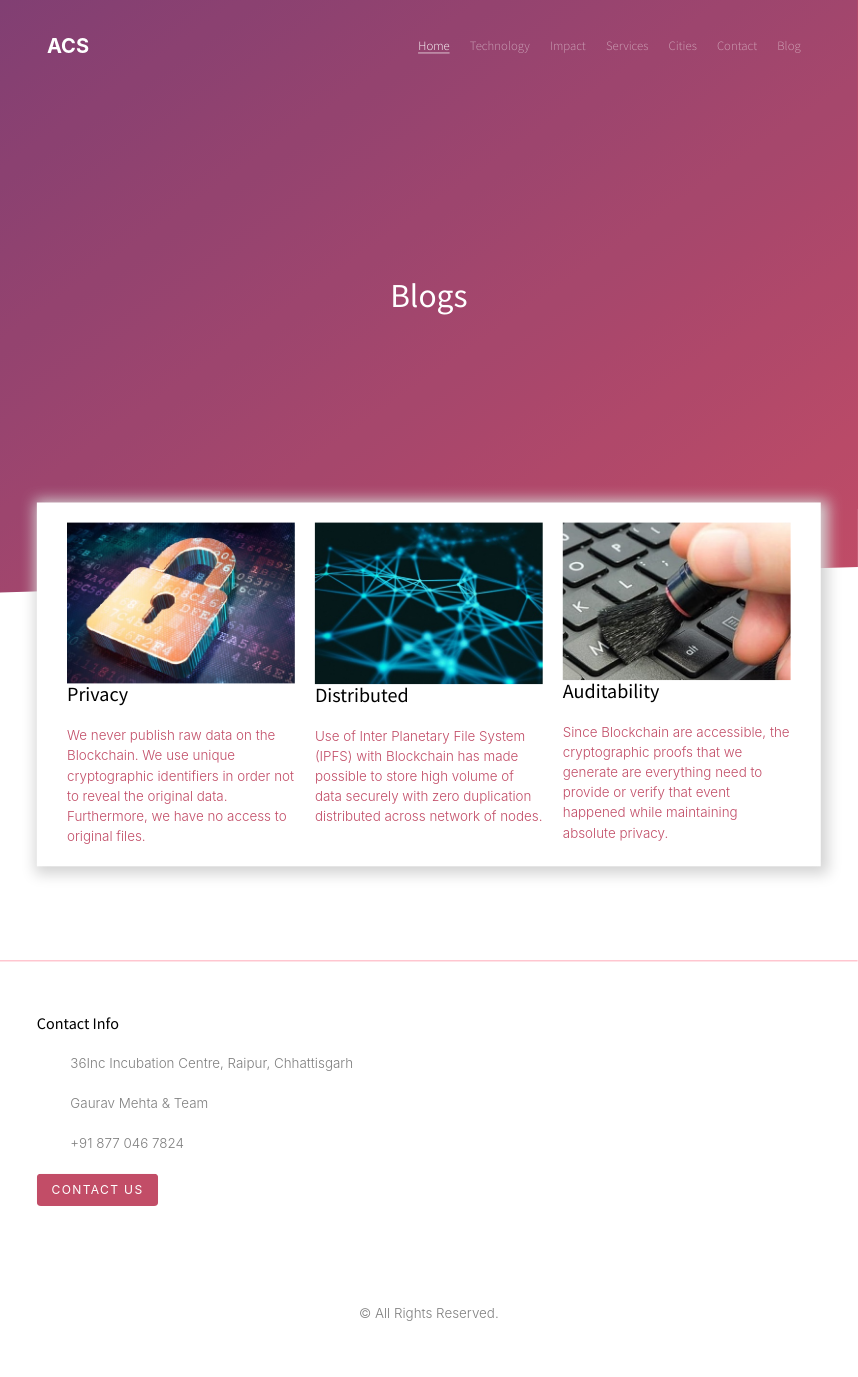
Repository: agarwalrahul-22/acs
Page: /blog
These files come from the project's save history. The page is drawn as it stood at one moment and after the next save; the edit follows.
The browser window is 1280 px wide. The pictures show the whole page, at 67% of full size.
Some web fonts or font styles are not loaded; a fallback is used. The project was rebuilt for these pictures with package versions that can differ from the ones it lists, and the page was loaded fresh each time. Also part of the build but not shown: src/components/main/LandingComponent.js, src/components/main/TechComponent.js, src/components/main/ImpactComponent.js, src/components/main/ServicesComponent.js, src/components/main/CitiesComponent.js, src/components/main/ContactComponent.js, src/components/MainComponent.js, src/components/IBlogComponent.js.

Above is the page before, as saved 2022-10-10 22:30:17.

After the next save:
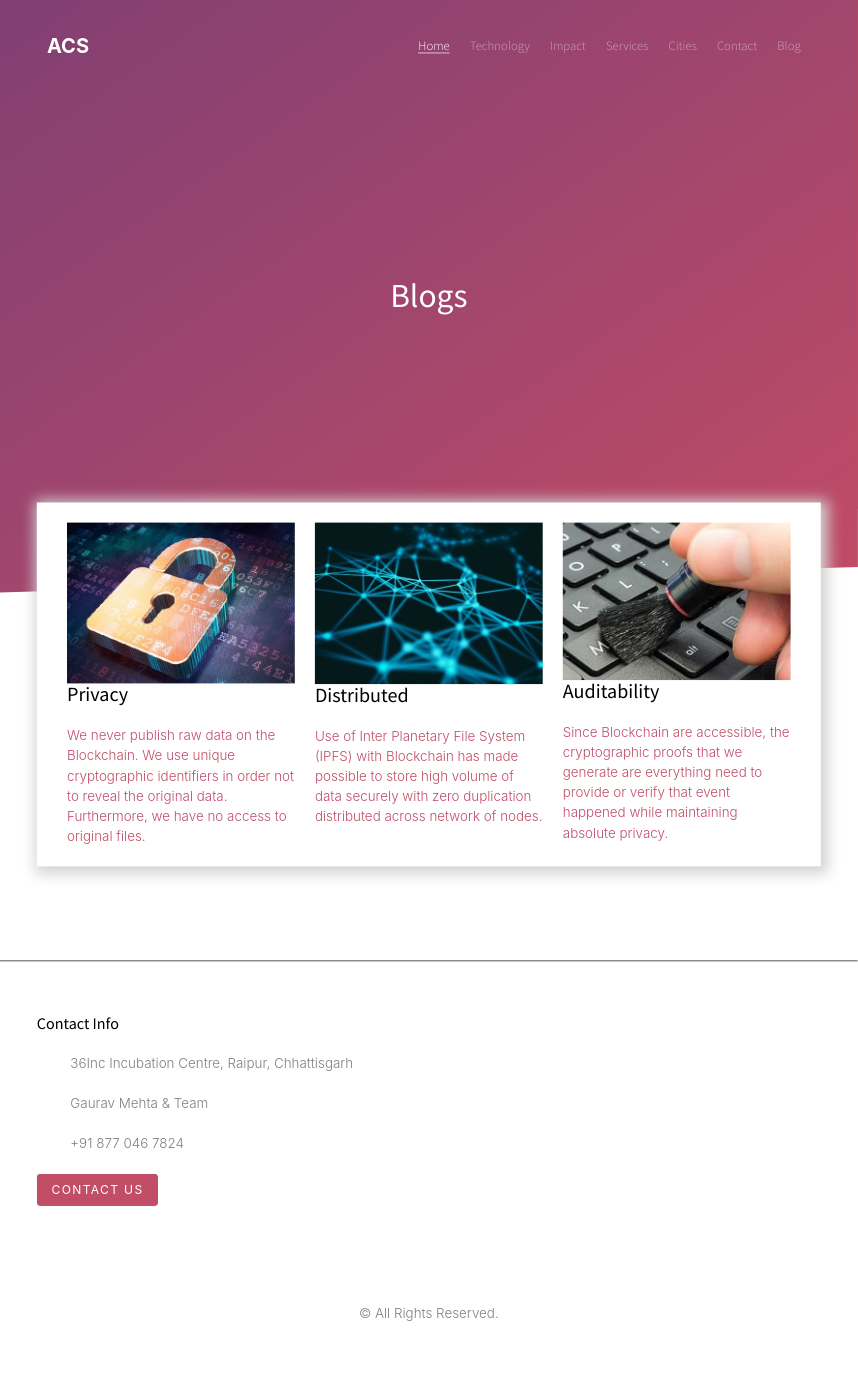
Saved 33 s later.
--- a/src/components/FooterComponent.js
+++ b/src/components/FooterComponent.js
@@ -3,7 +3,7 @@ import React from 'react'
 export default function FooterComponent() {
   return (
     <div>
-      <section id="fh5co-contact" data-section="contact" style={{borderTop:'2px solid pink'}}>
+      <section id="fh5co-contact" data-section="contact" style={{borderTop:'2px solid '}}>
         <div className="container">
           <div className="row">
             <div className="row row-bottom-padded-md">
